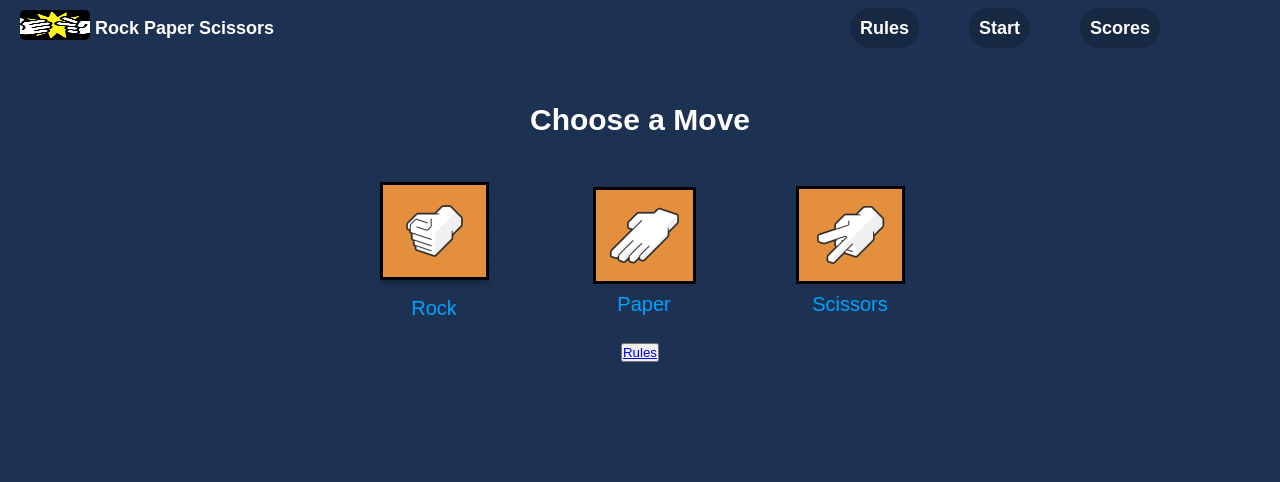
Repository: MikkyPrestige/rock-paper-scissors
Page: game.html
An editor plug-in stored every save of this project. The page is shown before and after the next save, followed by the edit.
The browser window is 1280 px wide. The pictures show the whole page.

Above is the page before, as saved 2023-05-08 06:49:28.

### game.html
<!DOCTYPE html>
<html lang="en">

<head>
  <meta charset="UTF-8">
  <meta http-equiv="X-UA-Compatible" content="IE=edge">
  <meta name="viewport" content="width=device-width, initial-scale=1.0">
  <title>Rock, Paper, Scissors</title>
  <link rel="stylesheet" href="./index.css">
</head>

<body>
  <main>
    <header>
      <figure class="headerLogo">
        <a href="/">
          <img src="./img/logo.png" alt="Logo" class="logo">
        </a>
        <figcaption class="logoCaption">Rock Paper Scissors</figcaption>
      </figure>
      <nav>
        <ul>
          <li><a href="#rule">Rules</a></li>
          <li><a href="./game.html">Start</a></li>
          <li><a href="#">Scores</a></li>
        </ul>
      </nav>
    </header>
    <section class="game">
      <h1 class="game--title">Choose a Move</h1>
      <figure class="game--images">
        <div class="game--img">
          <img src="./img/rock.png" alt="Rock image">
          <figcaption class="game--caption">Rock</figcaption>
        </div>
        <div class="game--img">
          <img src="./img/paper.png" alt="paper image">
          <figcaption class="game--caption">Paper</figcaption>
        </div>
        <div class="game--img">
          <img src="./img/scissors.png" alt="scissors image">
          <figcaption class="game--caption">Scissors</figcaption>
        </div>
      </figure>
      <button class="rule-btn">
        <a href="./index.html#rule">Rules</a>
      </button>
    </section>
  </main>
</body>

</html>

### index.css
*,
*::after,
*::before {
  box-sizing: border-box;
  margin: 0;
  padding: 0;
}

html {
  font-size: 62.5%;
}

body {
  font-family: "Fira Sans", sans-serif;
  font-size: 1.6rem;
  line-height: 1.5;
  background: rgba(29, 50, 83, 1);
  color: rgba(255, 255, 255, 1);
  width: 100%;
  height: 100%;
}

main {
  display: flex;
  flex-direction: column;
  justify-content: center;
  align-items: center;
  gap: 2rem;
  height: 100%;
  width: 100%;
}

header {
  display: flex;
  justify-content: space-between;
  align-items: center;
  padding: 1rem 2rem;
  width: 100%;
  height: auto;
}

.headerLogo {
  display: flex;
  align-items: center;
  gap: .5rem;
  height: auto;
}

.logo {
  width: 7rem;
  height: 3rem;
  border-radius: .5rem;
  -webkit-border-radius: .5rem;
  -moz-border-radius: .5rem;
  -ms-border-radius: .5rem;
  -o-border-radius: .5rem;
}

.logoCaption {
  font-size: 1.8rem;
  font-weight: 600;
  color: rgba(255, 255, 255, 1);
}

nav {
  height: auto;
  margin-right: 10rem;
}

ul {
  display: flex;
  justify-content: center;
  align-items: center;
  gap: 5rem;
  list-style: none;
}

li a {
  font-size: 1.8rem;
  font-weight: 600;
  color: rgba(255, 255, 255, 1);
  background: linear-gradient(0deg, rgba(0, 0, 0, 0.2), rgba(0, 0, 0, 0.2)), #1D3253;
  text-decoration: none;
  padding: 1rem;
  border-radius: 2rem;
}

li a:hover {
  background: rgba(255, 255, 255, 1);
  color: rgba(29, 50, 83, 1);
  text-decoration: underline;
}

.home {
  display: flex;
  justify-content: center;
  align-items: center;
  width: 100%;
  height: 70vh;
}

.images {
  position: relative;
  height: 100%;
  flex-basis: 30%;
}

.img {
  background: rgba(253, 253, 253, 0.9);
  border-radius: 50%;
  -webkit-border-radius: 50%;
  -moz-border-radius: 50%;
  -ms-border-radius: 50%;
  -o-border-radius: 50%;
  width: 15rem;
  height: 15rem;
}

.rock {
  position: absolute;
  top: 5rem;
  left: 0rem;
}

.paper {
  position: absolute;
  top: 5rem;
  right: 5rem;
}

.scissors {
  position: absolute;
  bottom: 5rem;
  left: 8rem;
}

.content {
  display: flex;
  flex-direction: column;
  justify-content: center;
  align-items: center;
  gap: 2rem;
}

.content--title {
  font-size: 3.6rem;
  font-weight: 600;
  width: 70%;
  text-transform: uppercase;
}

.content-rock {
  color: rgba(195, 183, 183, 1);
}

.content-scissors {
  color: rgba(233, 35, 35, 1);
}

.content--text {
  font-size: 2.5rem;
  font-weight: 400;
  width: 70%;
}

.fun {
  color: rgba(233, 35, 35, 1);
}

.btn {
  width: 13rem;
  height: 5rem;
  background: #2C7AF0;
  border-radius: 1rem;
  -webkit-border-radius: 1rem;
  -moz-border-radius: 1rem;
  -ms-border-radius: 1rem;
  -o-border-radius: 1rem;
  border: none;
  margin-top: 5rem;
  transition: all .3s ease-in-out;
  -webkit-transition: all .3s ease-in-out;
  -moz-transition: all .3s ease-in-out;
  -ms-transition: all .3s ease-in-out;
  -o-transition: all .3s ease-in-out;
}

.btn a {
  text-decoration: none;
  font-size: 2rem;
  color: rgba(255, 255, 255, 1);
  cursor: pointer;
}

.btn a:hover {
  color: rgba(44, 122, 240, 1);
}

.btn:hover {
  background: rgba(255, 255, 255, .7);
}

.rule {
  width: 100%;
  height: 100%;
  background: #D0CEC9;
}

.rule--container {
  display: flex;
  flex-direction: column;
  justify-content: center;
  align-items: center;
  gap: 1rem;
  margin: 2rem;
}

.rule--title {
  font-size: 3rem;
  font-weight: 600;
  color: #000;
}

.rule--content {
  display: flex;
  justify-content: space-around;
  align-items: center;
}

.rule--img {
  width: 35rem;
  height: 35rem;
}

.rule--para {
  background: #C4C4C4;
  width: 50%;
  text-align: center;
  padding: 2rem 5rem;
  border-radius: 3rem;
  -webkit-border-radius: 3rem;
  -moz-border-radius: 3rem;
  -ms-border-radius: 3rem;
  -o-border-radius: 3rem;
  display: flex;
  flex-direction: column;
  justify-content: center;
  align-items: center;
  gap: 1rem;
}

.rule--text {
  color: rgba(0, 163, 255, 1);
}

.game {
  display: flex;
  flex-direction: column;
  justify-content: center;
  align-items: center;
  gap: 2rem;
  width: 100%;
  height: 100%;
}

.game--title {
  font-size: 3rem;
  font-weight: 600;
  margin: 2rem;
}

.game--images {
  display: flex;
  justify-content: center;
  align-items: center;
  gap: 10rem;
  width: 100%;
}

.game--img {
  display: flex;
  flex-direction: column;
  justify-content: center;
  align-items: center;
  gap: .5rem;
}

.game--caption {
  font-size: 2rem;
  color: rgba(0, 163, 255, 1);
}

.rule--btn {
  width: 13rem;
  height: 5rem;
  background: #2C7AF0;
  border-radius: 1rem;
  -webkit-border-radius: 1rem;
  -moz-border-radius: 1rem;
  -ms-border-radius: 1rem;
  -o-border-radius: 1rem;
  border: none;
  margin-top: 5rem;
  transition: all .3s ease-in-out;
  -webkit-transition: all .3s ease-in-out;
  -moz-transition: all .3s ease-in-out;
  -ms-transition: all .3s ease-in-out;
  -o-transition: all .3s ease-in-out;
}

footer {
  margin: 1rem auto;
}

.footer--text {
  font-family: "Inter";
}

.footer--link {
  color: rgba(44, 122, 240, 1);
  text-decoration: none;
}

After the next save:
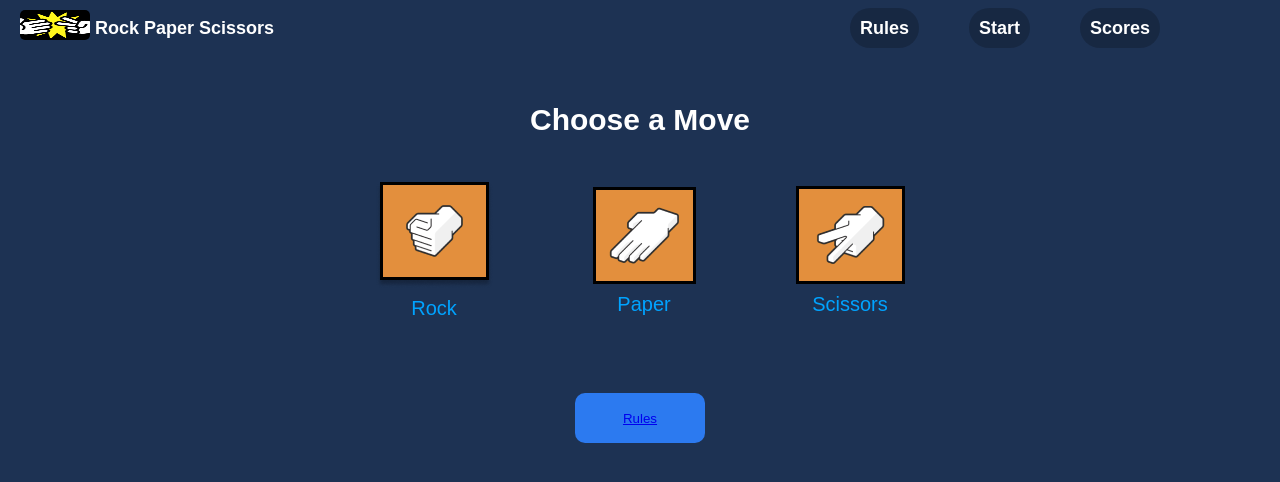
Saved 15 s later.
--- a/game.html
+++ b/game.html
@@ -42,7 +42,7 @@
           <figcaption class="game--caption">Scissors</figcaption>
         </div>
       </figure>
-      <button class="rule-btn">
+      <button class="rule--btn">
         <a href="./index.html#rule">Rules</a>
       </button>
     </section>
